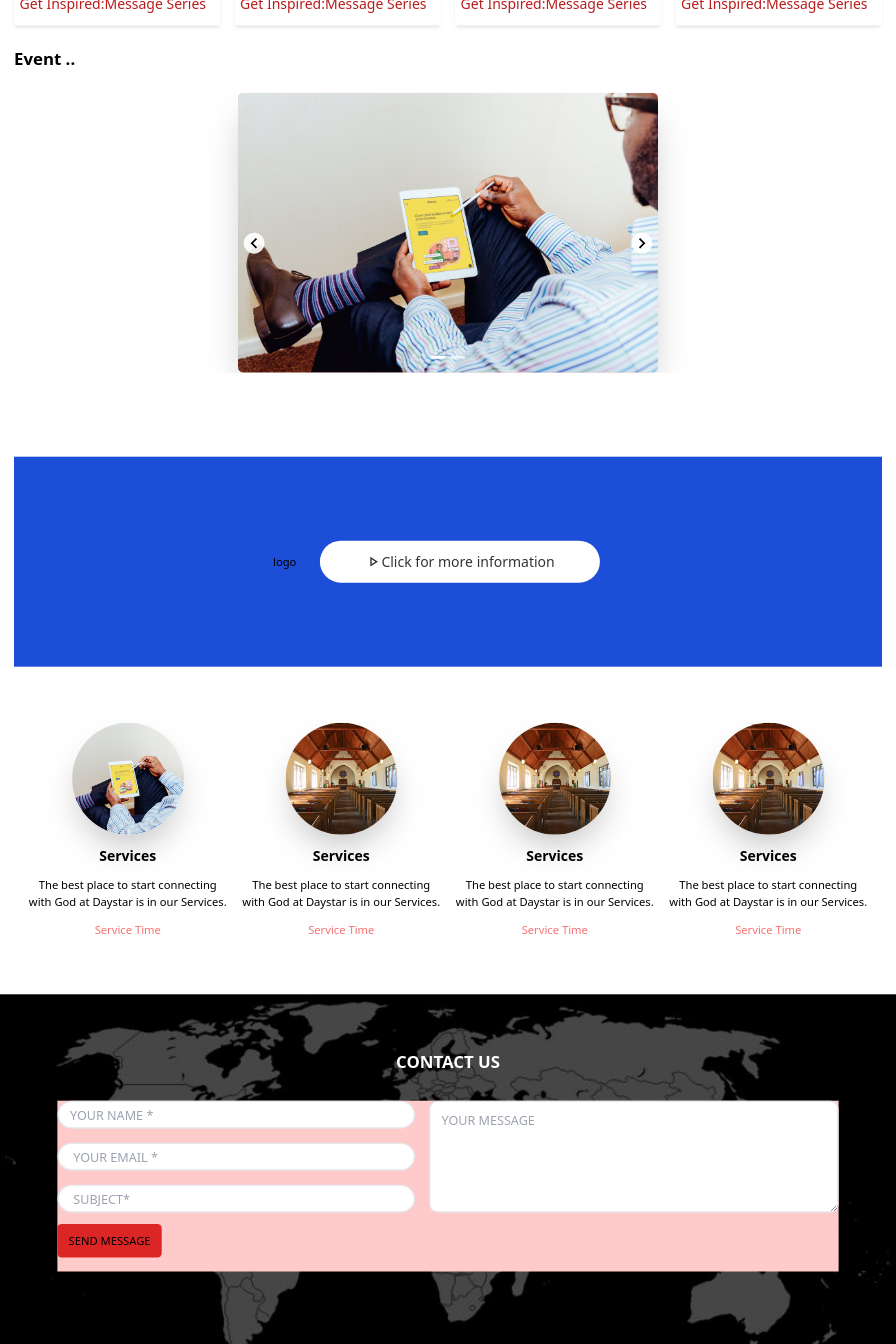
Repository: hisreal123/godschamber
Page: /
An editor plug-in stored every save of this project. The page is shown before and after the next save, followed by the edit.
The browser window is 1280 px wide. The pictures show the part of the page from y = 1579 to 3499 px (the page is 3499 px tall), at 70% of full size.
The project was rebuilt for these pictures with package versions that can differ from the ones it lists, and the page was loaded fresh each time. The framework's server and built-in components were replaced by stand-ins that run in the browser. Also part of the build but not shown: next.config.js.

Above is the page before, as saved 2023-03-31 17:51:47.

After the next save:
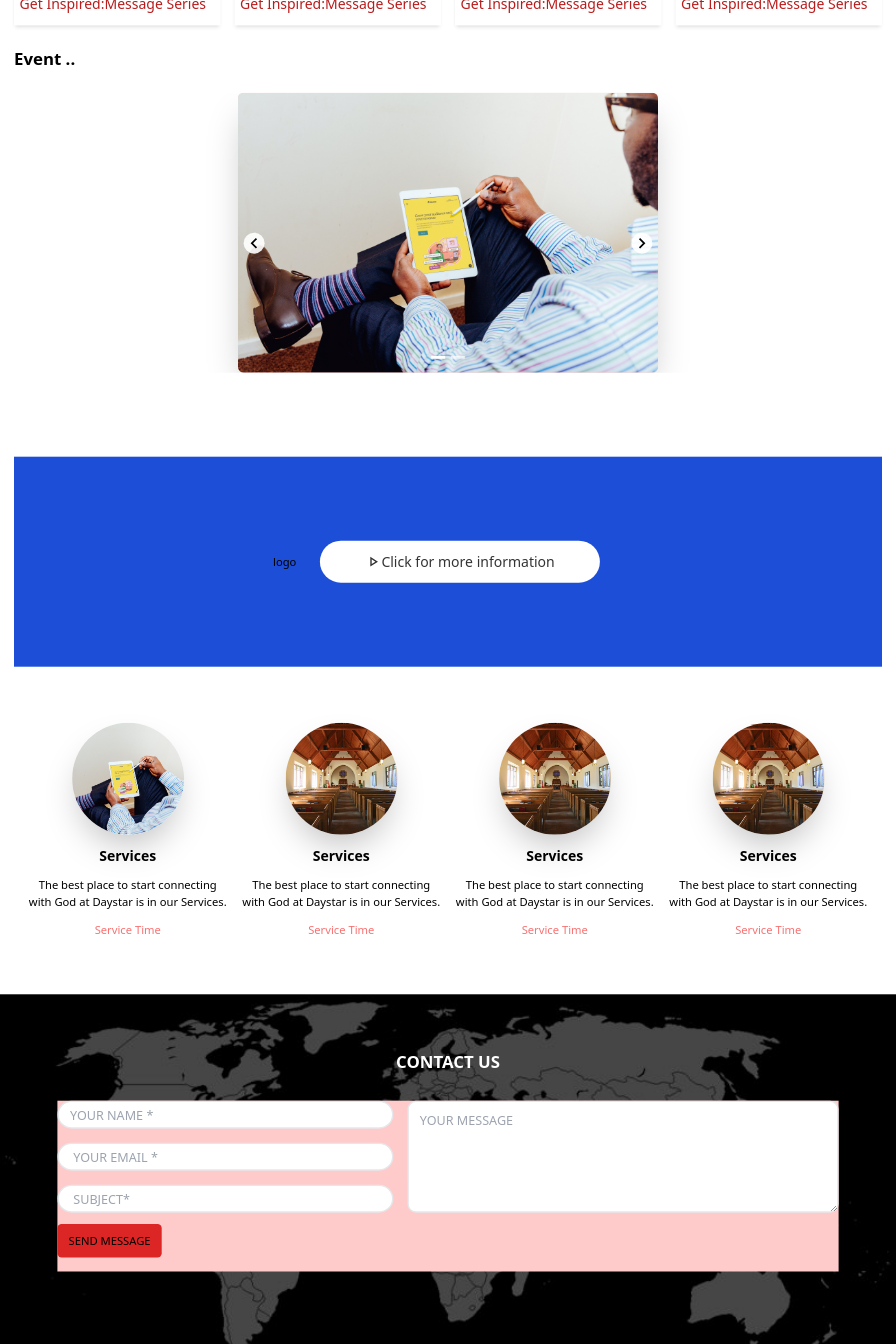
Saved 15 s later.
--- a/src/app/components/ContactUs.tsx
+++ b/src/app/components/ContactUs.tsx
@@ -9,7 +9,7 @@ export default function ContactUs() {
                 <form action="" className=' flex flex-col md:flex-row'>
                     <div className=' bg-red-200 md:w-[90%] md:mx-auto '>
                         <div className=" md:flex md:space-x-5 w-full relative ">
-                            <div className="flex md:w-[90%] flex-col justify-center space-y-5 relative">
+                            <div className="flex md:w-[80%] flex-col justify-center space-y-5 relative">
                                 <input type="text" placeholder='YOUR NAME *' className='text-sm rounded-3xl px-4 py-1 hover:first-letter:border-red-300 border-2 outline-none md:text-md lg:text-lg md:w-full' />
                                 <input type="email" placeholder=' YOUR EMAIL *' className='text-sm rounded-3xl px-4 py-1 hover:first-letter:border-red-300 border-2 outline-none md:text-md lg:text-lg' />
                                 <input type="text" placeholder=' SUBJECT*' className='text-sm rounded-3xl px-4 py-1 hover:first-letter:border-red-300 border-2 outline-none md:text-md lg:text-lg' />
